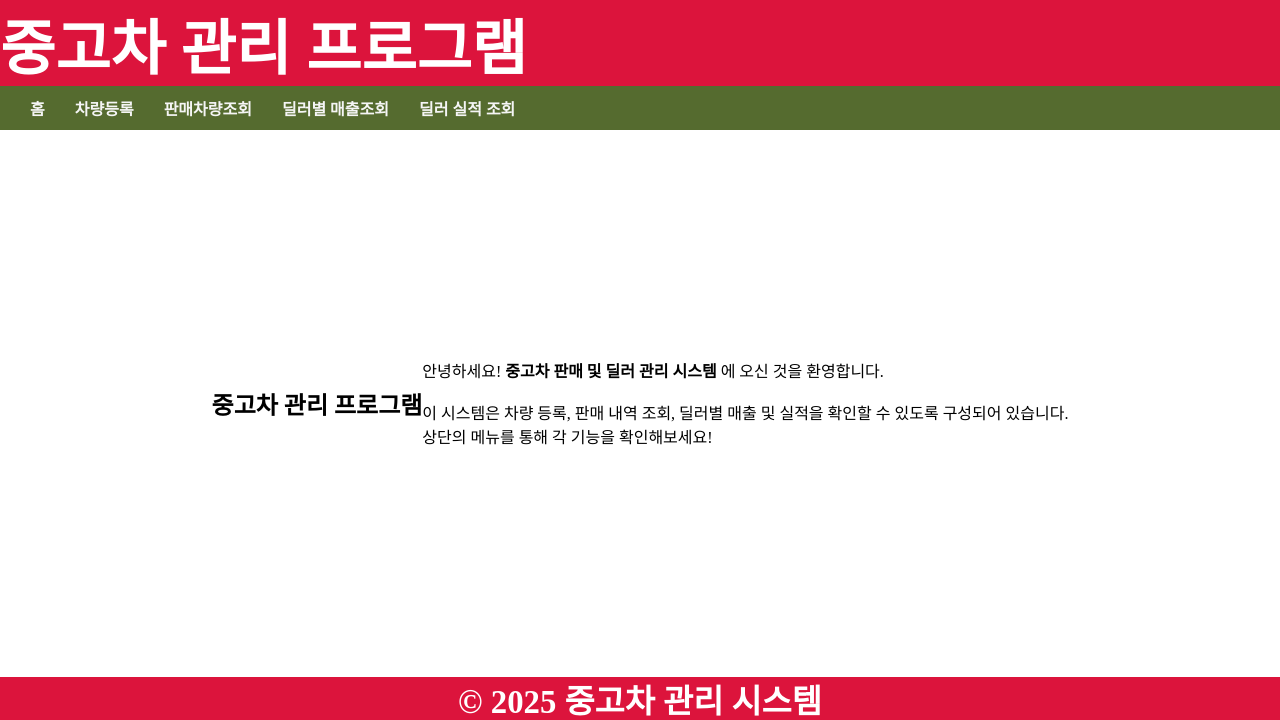
Repository: balhyo-younjisang/DigitechJSP
Page: http://localhost/car/
The author's editor kept a copy of each file at every save. The page is drawn from the files as they stood at one save, then again after the next save.
The browser window is 1280 px wide. The pictures show the whole page.
The page is served by Tomcat 9. Other server files are loaded and not shown.

Above is the page before, as saved 2025-04-17 06:43:20.

### pizza0403/car/src/main/webapp/index.jsp
<%@ page language="java" contentType="text/html; charset=UTF-8"
    pageEncoding="UTF-8"%>
<!DOCTYPE html>
<html>
<head>
<meta charset="UTF-8">
<title>중고차 관리 프로그램</title>
<link rel="stylesheet" href="./css/style.css">
</head>
<body>
	<%@ include file="./component/header.jsp" %>
	<main>
		<section class="title">
			<h2>중고차 관리 프로그램</h2>
		</section>
		<section class="content">
			<p>안녕하세요! <b>중고차 판매 및 딜러 관리 시스템</b> 에 오신 것을 환영합니다.</p>
			<br>
			<p>이 시스템은 차량 등록, 판매 내역 조회, 딜러별 매출 및 실적을 확인할 수 있도록 구성되어 있습니다.</p>
			<p>상단의 메뉴를 통해 각 기능을 확인해보세요!</p>
		</section>
	</main>
	<%@ include file="./component/footer.jsp" %>
</body>
</html>

### pizza0403/car/src/main/webapp/component/header.jsp
<%@ page language="java" contentType="text/html; charset=UTF-8"
    pageEncoding="UTF-8"%>
<header>
	<div>
		<h1>중고차 관리 프로그램</h1>
	</div>
	<nav>
		<ul class="gnb">
			<li><a href="index.jsp">홈</a></li>
			<li><a href="register.jsp">차량등록</a></li>
			<li><a href="car.jsp">판매차량조회</a></li>
			<li><a href="price.jsp">딜러별 매출조회</a></li>
			<li><a href="dealer.jsp">딜러 실적 조회</a></li>
		</ul>
	</nav>
</header>

### pizza0403/car/src/main/webapp/component/footer.jsp
<%@ page language="java" contentType="text/html; charset=UTF-8"
    pageEncoding="UTF-8"%>
<footer>
	<h3>&copy; 2025 중고차 관리 시스템</h3>
</footer>

### pizza0403/car/src/main/webapp/css/style.css
@charset "UTF-8";


* {
	margin: 0;
	padding: 0;
	box-sizing: border-box;
}

a {
	text-decoration: none;
	color: inherit;
}

ul, li {
	list-style: none;
}

header {
	width: 100vw;
	height: 18vh;
}

header div {
	width: 100%;
	height: 12vh;
	background-color: crimson;
	color: white;
	font-size: 30px;
	font-weight: bold;
}

header nav .gnb {
	display: flex;
	align-items: center;
	gap: 30px;
	padding-left: 30px;
	width: 100vw;
	height: 6vh;
	background-color: darkolivegreen;
	color: whitesmoke;
	font-weight: bold;
}

main {
	width: 100vw;
	height: calc(100vh - 18vh - 6vh);
	display: flex;
	align-items: center;
	justify-content: center;
}

footer {
	display: flex;
	width: 100vw;
	height: 6vh;
	background-color: crimson;
	color: white;
	align-items: center;
	justify-content: center;
	font-size: 28px;
	font-weight: bold;
	position: fixed;
	bottom: 0;
	left: 0;
}

After the next save:
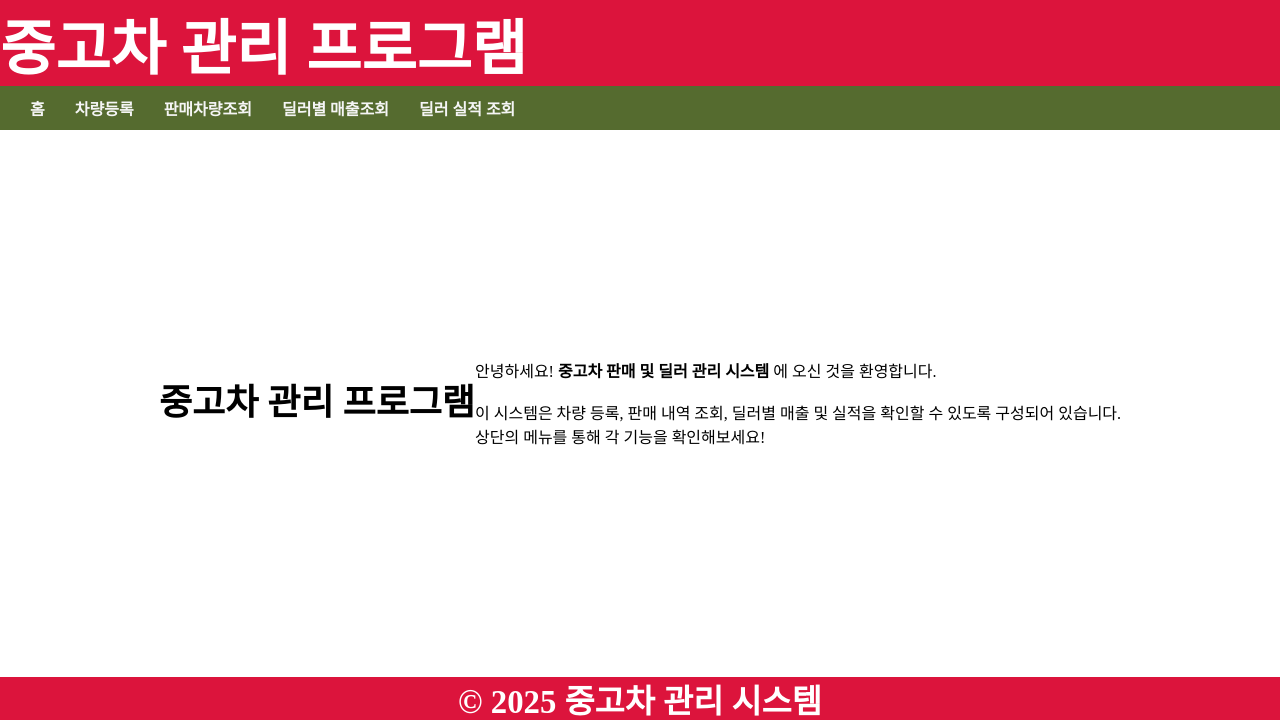
Saved 13 s later.
--- a/pizza0403/car/src/main/webapp/css/style.css
+++ b/pizza0403/car/src/main/webapp/css/style.css
@@ -50,6 +50,11 @@ main {
 	justify-content: center;
 }
 
+.title {
+	line-height: 160px;
+	font-size: 24px;
+}
+
 footer {
 	display: flex;
 	width: 100vw;
